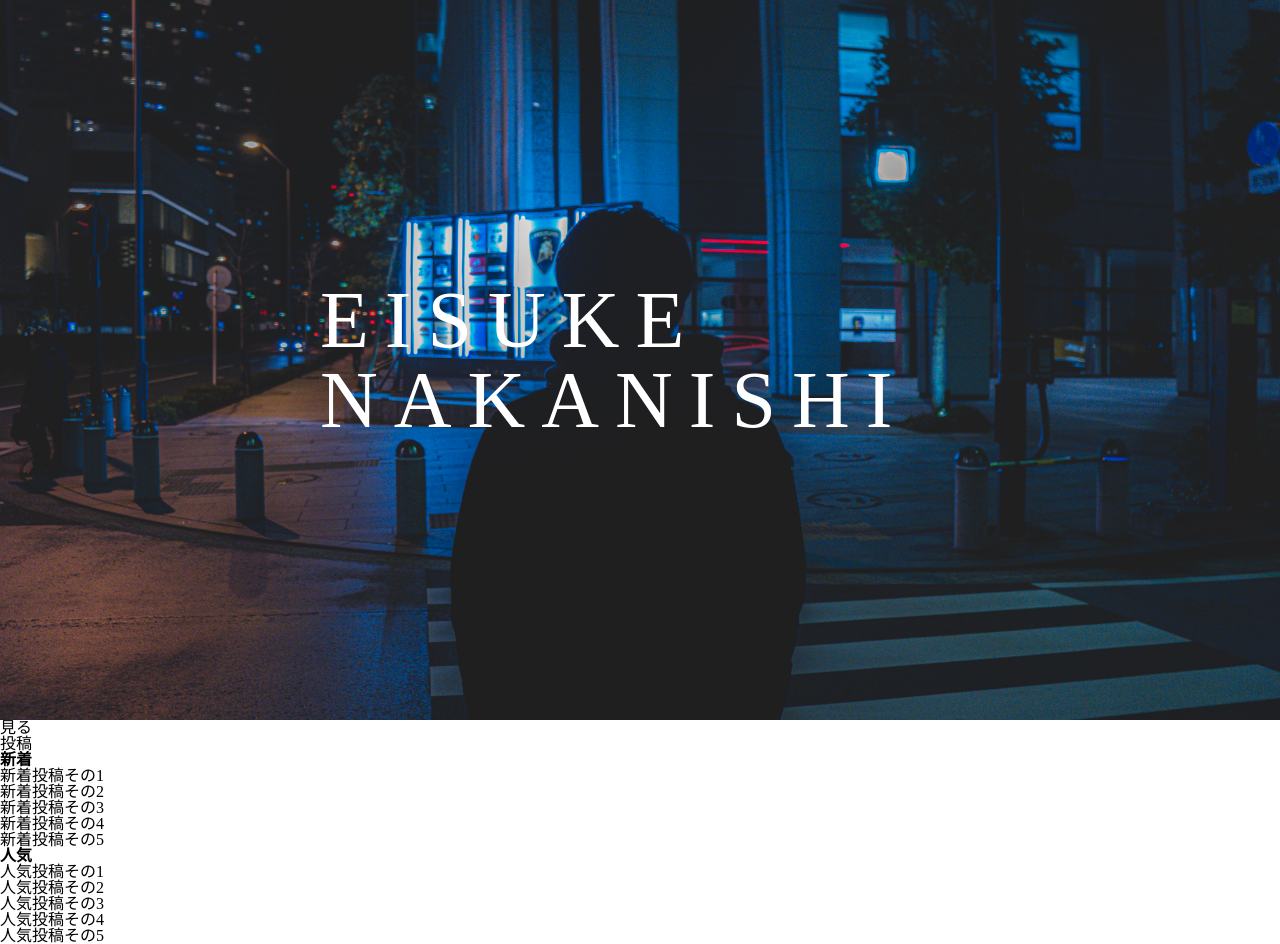
Repository: KustomApe/LandorusInc
Page: index.html
An editor plug-in stored every save of this project. The page is shown before and after the next save, followed by the edit.
The browser window is 1280 px wide. The pictures show the whole page.

Above is the page before, as saved 2021-07-24 13:00:33.

### index.html
<!DOCTYPE html>
<html lang="ja">
<head>
    <meta charset="UTF-8">
    <meta http-equiv="X-UA-Compatible" content="IE=edge">
    <meta name="viewport" content="width=device-width, initial-scale=1.0">
    <title>掲示板</title>
    <link rel="stylesheet" href="./assets/css/html5doctor.css">
    <link rel="stylesheet" href="./assets/css/style.css">
</head>
<body>
<div id="wrap">
    <div id="main_img">
        <h1>EISUKE NAKANISHI</h1>
    </div>
    <div class="contents">
        <ul>
            <li>見る</li>
            <li>投稿</li>
        </ul>
        <h2>新着</h2>
        <ul>
            <li>新着投稿その1</li>
            <li>新着投稿その2</li>
            <li>新着投稿その3</li>
            <li>新着投稿その4</li>
            <li>新着投稿その5</li>
        </ul>
        <h2>人気</h2>
        <ul>
            <li>人気投稿その1</li>
            <li>人気投稿その2</li>
            <li>人気投稿その3</li>
            <li>人気投稿その4</li>
            <li>人気投稿その5</li>
        </ul>
    </div>
</div>
</body>
</html>

### assets/css/html5doctor.css
html, body, div, span, object, iframe,
h1, h2, h3, h4, h5, h6, p, blockquote, pre,
abbr, address, cite, code,
del, dfn, em, img, ins, kbd, q, samp,
small, strong, sub, sup, var,
b, i,
dl, dt, dd, ol, ul, li,
fieldset, form, label, legend,
table, caption, tbody, tfoot, thead, tr, th, td,
article, aside, canvas, details, figcaption, figure,
footer, header, hgroup, menu, nav, section, summary,
time, mark, audio, video {
    margin:0;
    padding:0;
    border:0;
    outline:0;
    font-size:100%;
    vertical-align:baseline;
    background:transparent;
}

body {
    line-height:1;
}

article,aside,details,figcaption,figure,
footer,header,hgroup,menu,nav,section {
    display:block;
}

nav ul {
    list-style:none;
}

blockquote, q {
    quotes:none;
}

blockquote:before, blockquote:after,
q:before, q:after {
    content:'';
    content:none;
}

a {
    margin:0;
    padding:0;
    font-size:100%;
    vertical-align:baseline;
    background:transparent;
}

/* change colours to suit your needs */
ins {
    background-color:#ff9;
    color:#000;
    text-decoration:none;
}

/* change colours to suit your needs */
mark {
    background-color:#ff9;
    color:#000;
    font-style:italic;
    font-weight:bold;
}

del {
    text-decoration: line-through;
}

abbr[title], dfn[title] {
    border-bottom:1px dotted;
    cursor:help;
}

table {
    border-collapse:collapse;
    border-spacing:0;
}

/* change border colour to suit your needs */
hr {
    display:block;
    height:1px;
    border:0;
    border-top:1px solid #cccccc;
    margin:1em 0;
    padding:0;
}

input, select {
    vertical-align:middle;
}

### assets/css/style.css
@charset "utf-8";

body {
    width: 100%;
    max-width: 1920px;
}

div#main_img {
    position: relative;
    display: block;
    width: 100%;
    height: 100vh;
    background: url('../img/main.jpg');
    background-size: cover;
}

div#main_img h1 {
    position: absolute;
    top: 50%;
    left: 50%;
    transform: translate(-50%, -50%);
    -webkit-transform: translate(-50%, -50%);
    -ms-transform: translate(-50%, -50%);
    color: #fff;
    font-size: 5rem;
    font-weight: lighter;
    letter-spacing: 1rem;
}

After the next save:
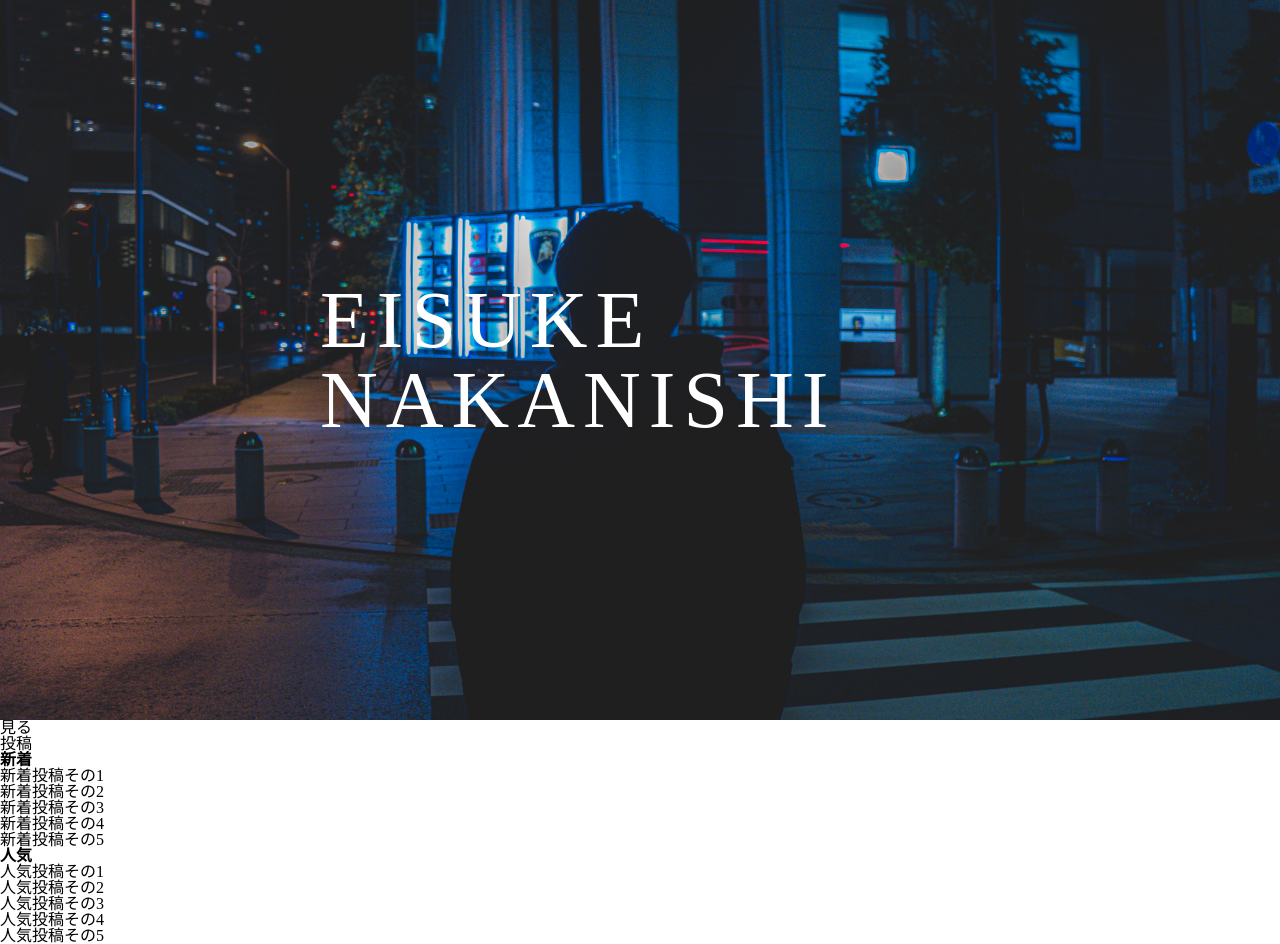
Saved 5 s later.
--- a/assets/css/style.css
+++ b/assets/css/style.css
@@ -24,5 +24,5 @@ div#main_img h1 {
     color: #fff;
     font-size: 5rem;
     font-weight: lighter;
-    letter-spacing: 1rem;
+    letter-spacing: 0.5rem;
 }
